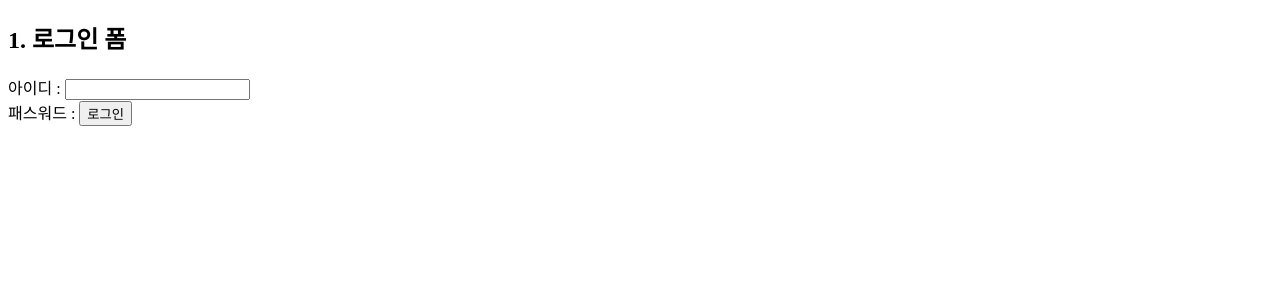
Repository: iamstudybox00/JSP_Servlet
Page: http://localhost/MustHaveJSP/02ImplicitObject/ResponseMain.jsp
The author's editor kept a copy of each file at every save. The page is drawn from the files as they stood at one save, then again after a run of saves.
The browser window is 1280 px wide. The pictures show the whole page.
The page is served by Tomcat 10.

Above is the page before, as saved 2025-05-02 07:14:28.

After the next 4 saves:
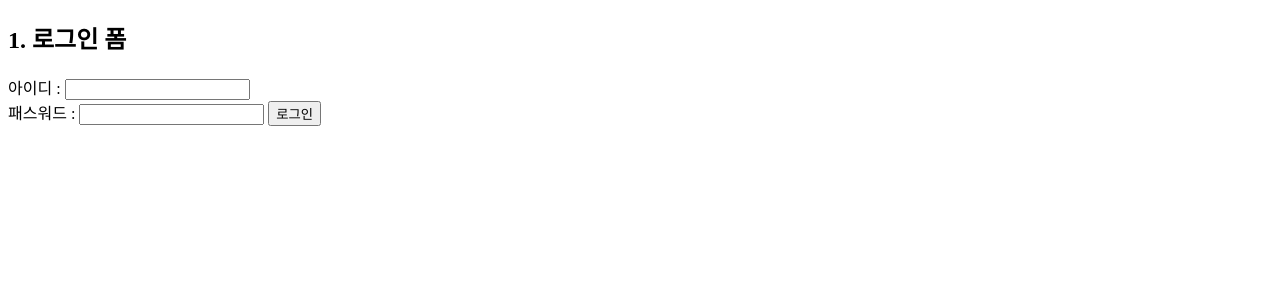
The 4 saves are shown as one change because they came seconds apart.
The last was saved 12 s later.
--- a/MustHaveJSP/src/main/webapp/02ImplicitObject/ResponseMain.jsp
+++ b/MustHaveJSP/src/main/webapp/02ImplicitObject/ResponseMain.jsp
@@ -15,8 +15,8 @@
 		%>
 
 		<form action="./ResponseLogin.jsp" method="post">
-			아이디 : <input type="texet" name="user_id" /><br/>
-			패스워드 :
+			아이디 : <input type="text" name="user_id" /><br/>
+			패스워드 : <input type="text" name="user_pwd" />
 			<input type="submit" value="로그인" />
 		</form>
 	</body>
